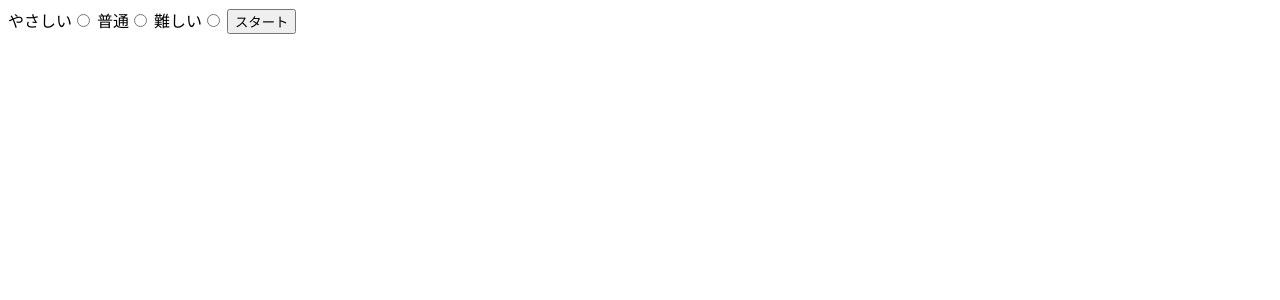
Repository: yamada-qq/blackjack
Page: http://localhost/blackjack/menu.jsp
These files come from the project's save history. The page is drawn as it stood at one moment and after the next save; the edit follows.
The browser window is 1280 px wide. The pictures show the whole page.
The page is served by Tomcat 9.

Above is the page before, as saved 2024-11-19 03:57:06.

After the next save:
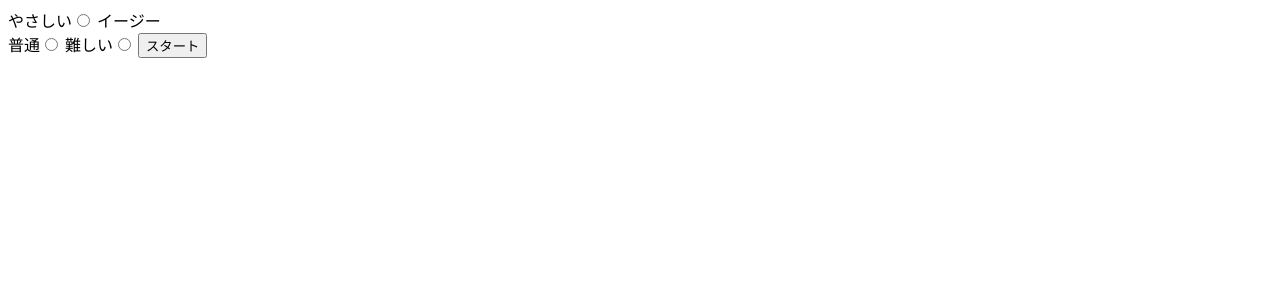
Saved 67 s later.
--- a/blackjack/blackjack/blackjack/src/main/webapp/menu.jsp
+++ b/blackjack/blackjack/blackjack/src/main/webapp/menu.jsp
@@ -8,7 +8,8 @@
 </head>
 <body>
 	<form action="GameStartServlet" method="get">
-	やさしい<input type="radio" name="level" value="1">
+	やさしい<input type="radio"　id="easy" name="level" value="1">
+	<label for="easy">イージー</label><br>
 	普通<input type="radio" name="level" value="2">
 	難しい<input type="radio" name="level" value="3">
 	<input type="button" value="スタート">

After the save that followed:
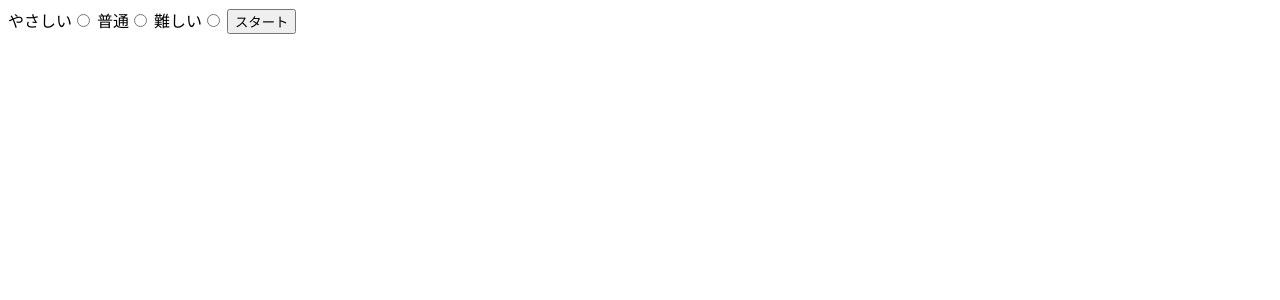
Saved 33 s later.
--- a/blackjack/blackjack/blackjack/src/main/webapp/menu.jsp
+++ b/blackjack/blackjack/blackjack/src/main/webapp/menu.jsp
@@ -8,8 +8,7 @@
 </head>
 <body>
 	<form action="GameStartServlet" method="get">
-	やさしい<input type="radio"　id="easy" name="level" value="1">
-	<label for="easy">イージー</label><br>
+	やさしい<input type="radio" name="level" value="1">
 	普通<input type="radio" name="level" value="2">
 	難しい<input type="radio" name="level" value="3">
 	<input type="button" value="スタート">
